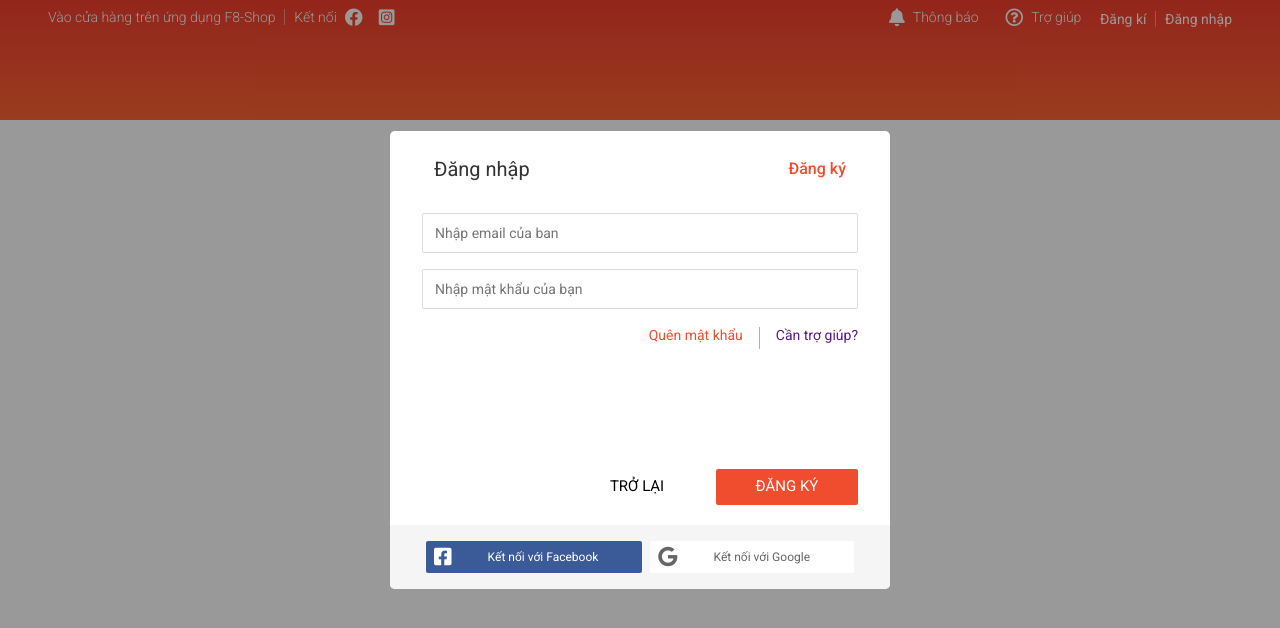
Repository: Phunobita/F8-shop
Page: index.html
These files come from the project's save history. The page is drawn as it stood at one moment and after the next save; the edit follows.
The browser window is 1280 px wide. The pictures show the whole page.

Above is the page before, as saved 2021-11-24 20:50:21.

After the next save:
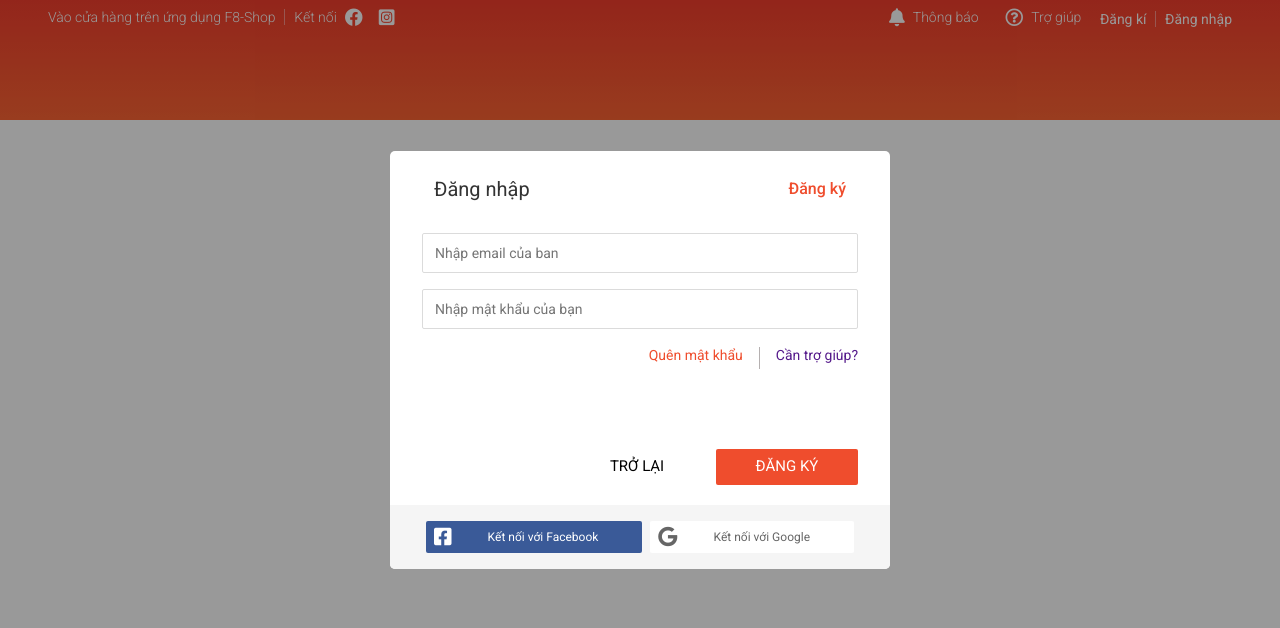
Saved 21 s later.
--- a/assets/css/main.css
+++ b/assets/css/main.css
@@ -323,5 +323,5 @@
   display: block;
   height: 22px;
   border-left: 1px solid rgb(181, 176, 176);
-  margin: 0 16px 40px;
-}
+  margin: 0 16px;
+}
